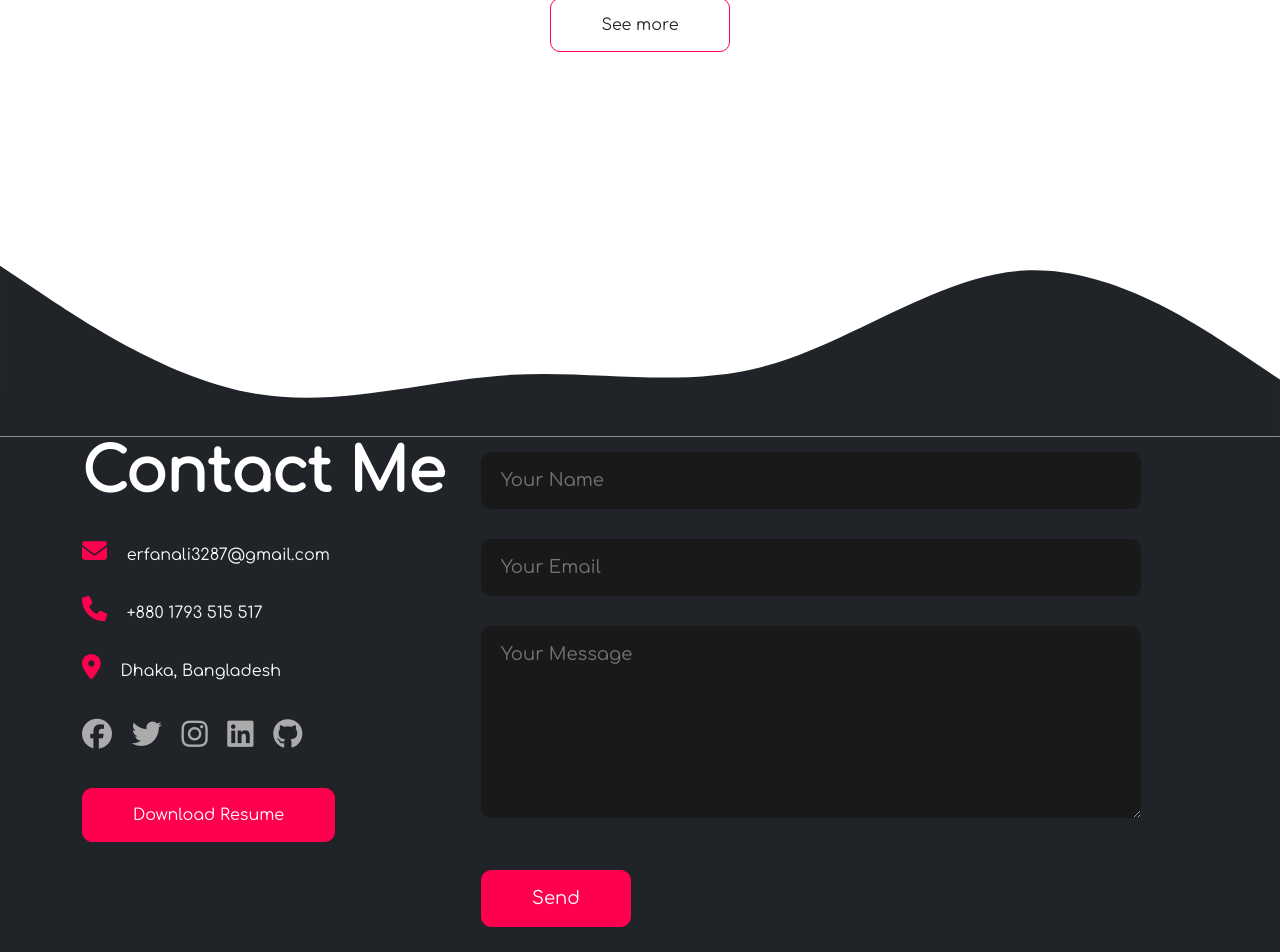
Repository: MMALI3287/Resume
Page: index.html
An editor plug-in stored every save of this project. The page is shown before and after the next save, followed by the edit.
The browser window is 1280 px wide. The pictures show the part of the page from y = 5548 to 6500 px (the page is 6595 px tall).
A picture or video elsewhere on the page could not be fetched, so the positions and the page height are approximate. Some web libraries are served in a nearby version.

Above is the page before, as saved 2023-07-15 23:26:19.

After the next save:
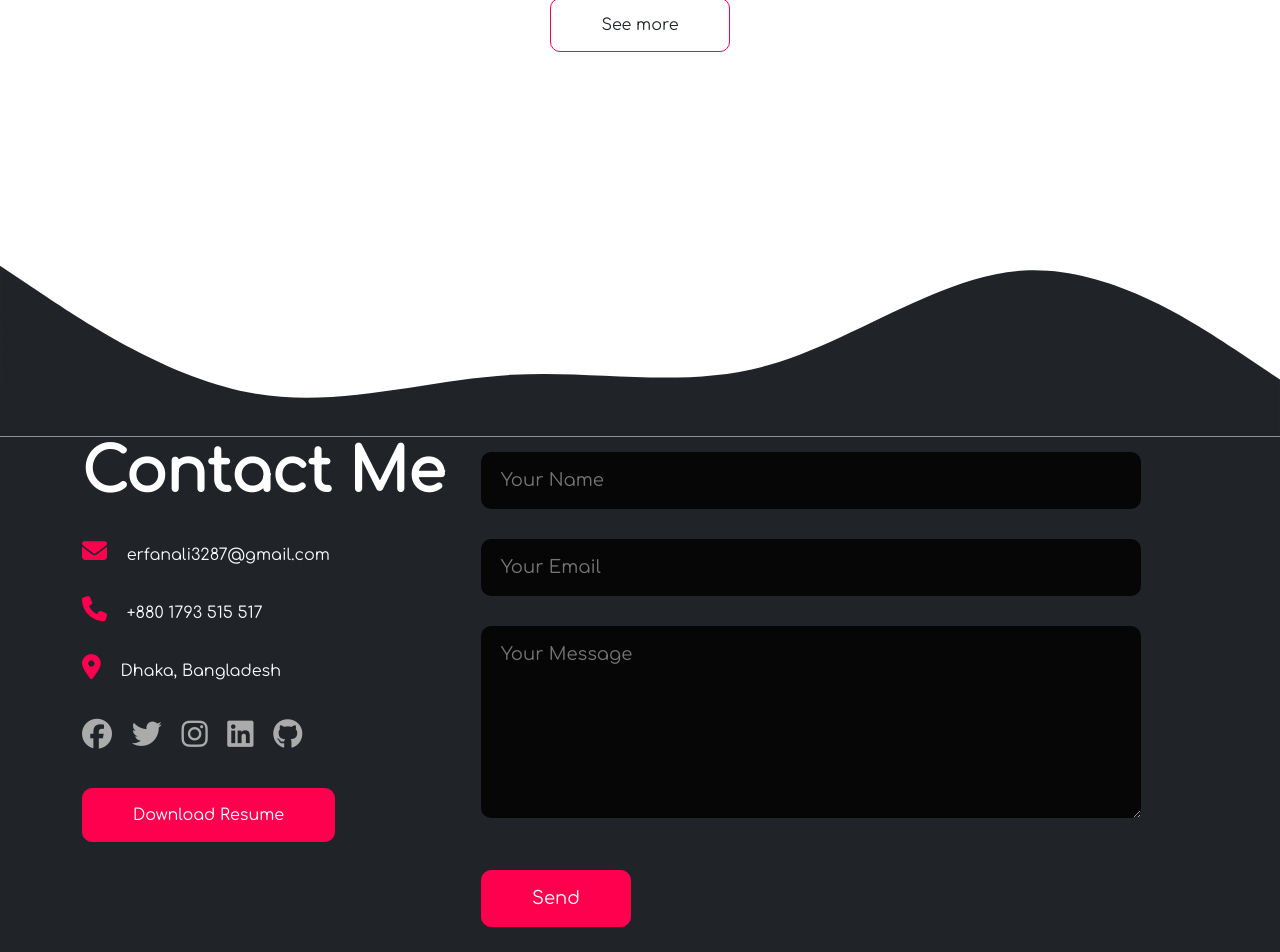
Saved 91 s later.
--- a/css/style.css
+++ b/css/style.css
@@ -436,7 +436,7 @@
   border-radius: 10px;
   font-size: 18px;
   color: #fff;
-  background: #191919;
+  background: #060606;
 }
 
 form .btn2 {
